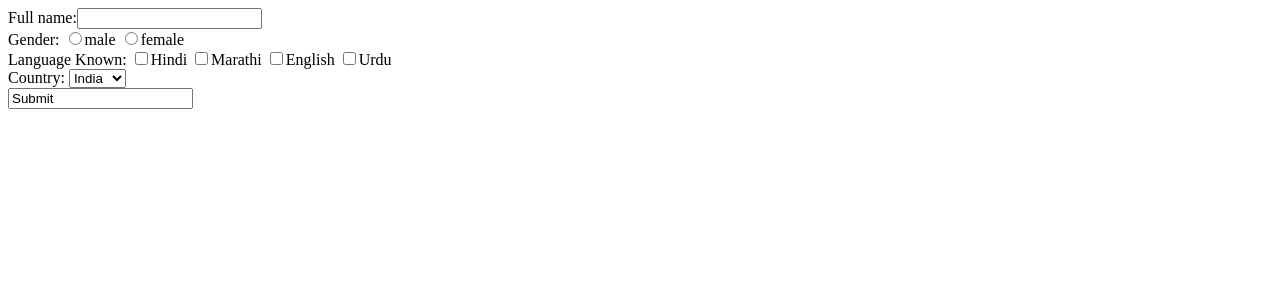
Repository: riishraj1821/Learning-with-maven
Page: http://localhost/form_under_JSP/form.jsp
These files come from the project's save history. The page is drawn as it stood at one moment and after the next save; the edit follows.
The browser window is 1280 px wide. The pictures show the whole page.
The page is served by Tomcat 9.

Above is the page before, as saved 2024-10-08 11:44:05.

After the next save:
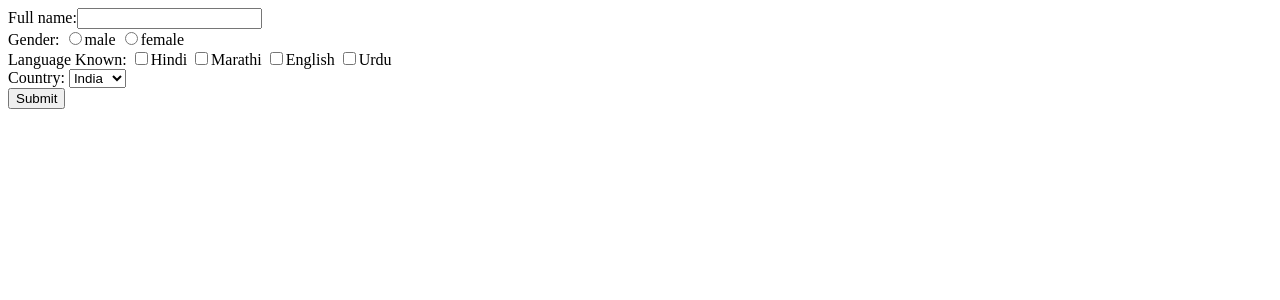
Saved 107 s later.
--- a/form_under_JSP/src/main/webapp/form.jsp
+++ b/form_under_JSP/src/main/webapp/form.jsp
@@ -21,7 +21,7 @@ Country: <select name="country">
 				<option value="USA">USA</option>
 				<option value="Dubai">Dubai</option>
 		</select><br/>
-<input name="Submit" value="Submit"/>
+<input type="Submit" value="Submit"/>
 </form>
 </body>
 </html>
